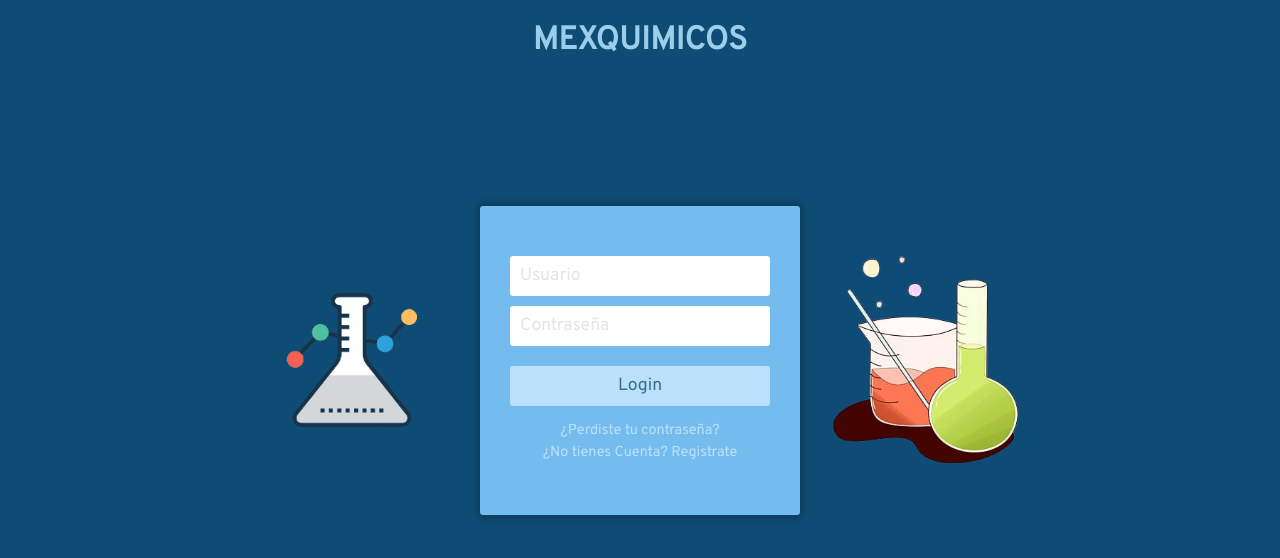
Repository: iDiv3r/MexiQuimicosIsay
Page: Index.html
An editor plug-in stored every save of this project. The page is shown before and after the next save, followed by the edit.
The browser window is 1280 px wide. The pictures show the whole page.

Above is the page before, as saved 2023-11-26 16:24:37.

After the next save:
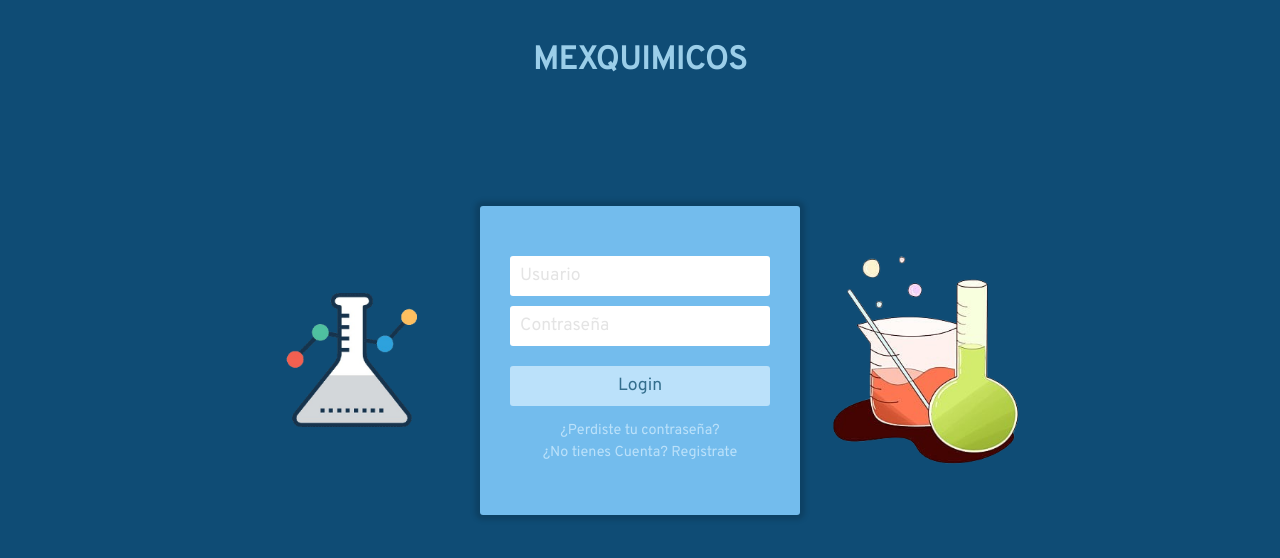
Saved 49 s later.
--- a/css/login.css
+++ b/css/login.css
@@ -143,7 +143,7 @@ body {
 
 h1 {
     position: absolute;
-    top: 0;
+    top: 20px;
     left: 50%;
     transform: translateX(-50%);
 }
